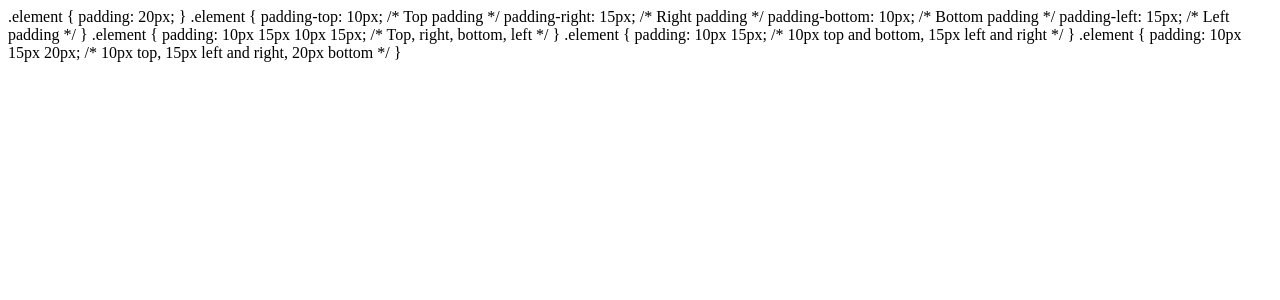
Repository: 12323397/K23KT
Page: css2.html
The author's editor kept a copy of each file at every save. The page is drawn from the files as they stood at one save, then again after the next save.
The browser window is 1280 px wide. The pictures show the whole page.

Above is the page before, as saved 2025-01-29 14:46:21.

After the next save:
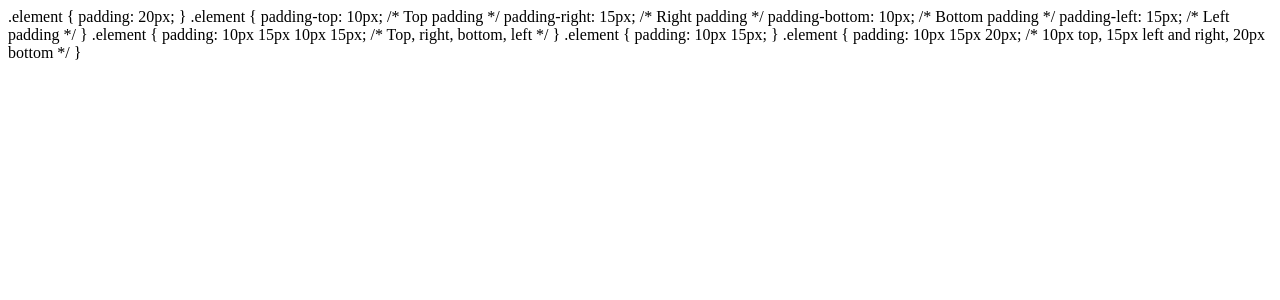
Saved 5 s later.
--- a/css2.html
+++ b/css2.html
@@ -14,7 +14,7 @@
 }
 
 .element {
-  padding: 10px 15px;  /* 10px top and bottom, 15px left and right */
+  padding: 10px 15px;
 }
 
 .element {
